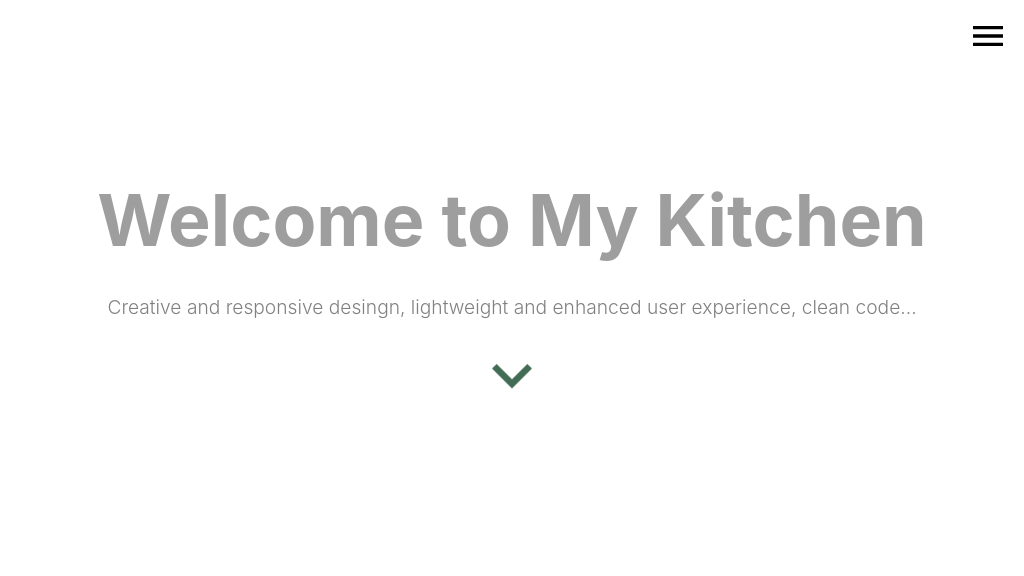
Repository: safak/safak.github.io
Page: /
The author's editor kept a copy of each file at every save. The page is drawn from the files as they stood at one save, then again after the next save.
The browser window is 1280 px wide. The pictures show the whole page, at 80% of full size.
Pictures or frames that could not be fetched are drawn as grey boxes. Backgrounds fixed to the window are drawn as part of the page. The project was rebuilt for these pictures with package versions that can differ from the ones it lists, and the page was loaded fresh each time. Also part of the build but not shown: src/App.css.

Above is the page before, as saved 2020-08-28 04:09:10.

After the next save:
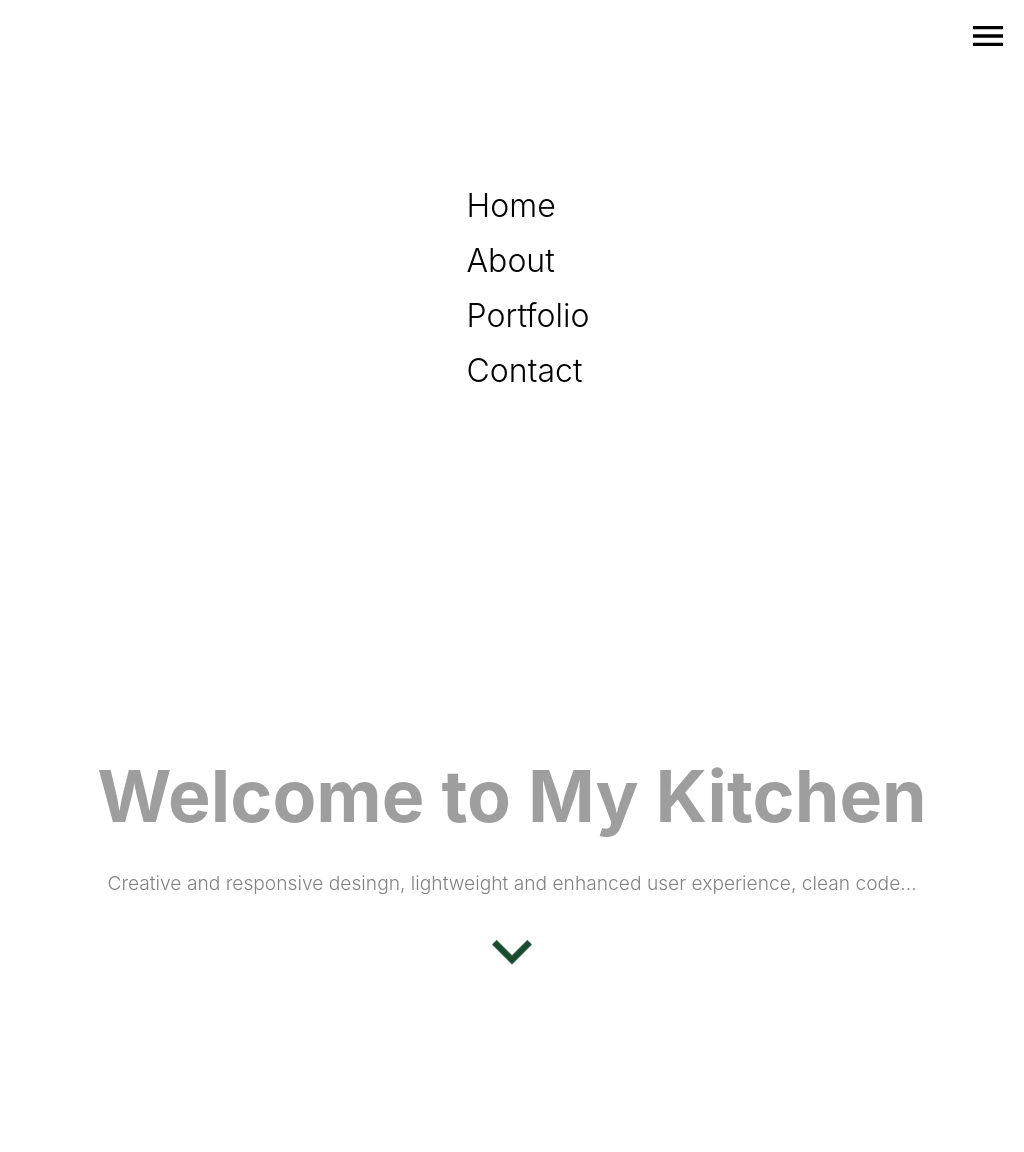
Saved 24 s later.
--- a/src/App.js
+++ b/src/App.js
@@ -1,13 +1,15 @@
-import React from "react";
+import React, { useState } from "react";
 import "./App.css";
 import Introduction from "./components/introduction/Introduction";
 import Header from "./components/header/Header";
 import Menu from "./components/menu/Menu";
 
 function App() {
+  const [toggle, setToggle] = useState(false);
   return (
     <div className="app">
-      <Header />
+      <Header setToggle={setToggle}/>
+      <Menu toggle={toggle} />
       <Introduction />
     </div>
   );

After the 4 saves that followed:
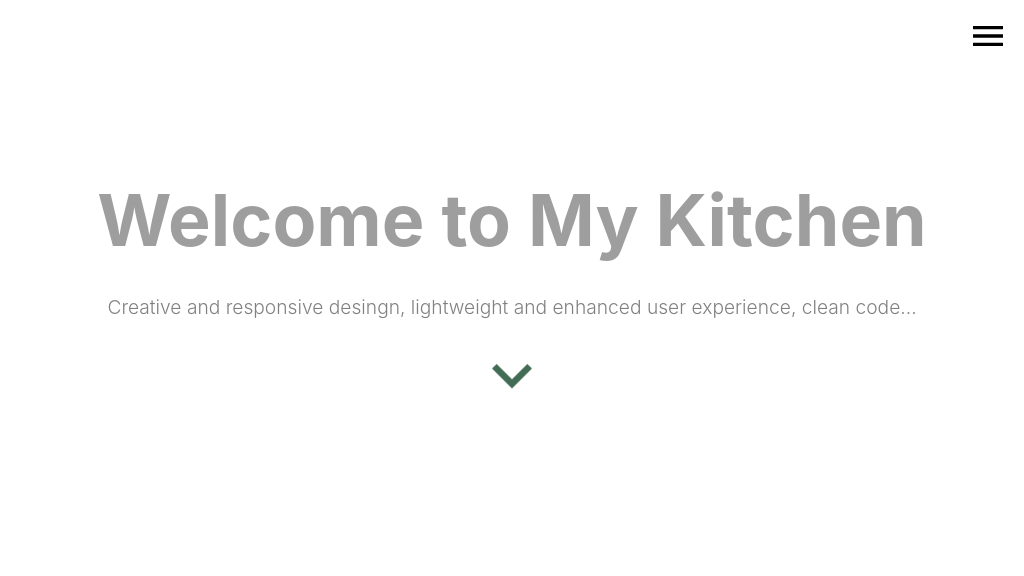
The 4 saves are shown as one change because 3 left the picture as it was.
The last was saved 73 s later.
--- a/src/App.js
+++ b/src/App.js
@@ -8,7 +8,7 @@
   const [toggle, setToggle] = useState(false);
   return (
     <div className="app">
-      <Header setToggle={setToggle}/>
+      <Header toggle={toggle} setToggle={setToggle}/>
       <Menu toggle={toggle} />
       <Introduction />
     </div>
--- a/src/components/header/Header.js
+++ b/src/components/header/Header.js
@@ -2,10 +2,10 @@ import React from "react";
 import "./Header.css";
 import { Menu } from "@material-ui/icons";
 
-const Header = () => {
+const Header = ({toggle, setToggle}) => {
   return (
     <div className="header">
-      <Menu />
+      <Menu onClick={()=>setToggle(!toggle)}/>
     </div>
   );
 };
--- a/src/components/menu/Menu.js
+++ b/src/components/menu/Menu.js
@@ -4,7 +4,7 @@ import "./Menu.css";
 const Menu = ({toggle}) => {
 
   return (
-    <div className={toggle ? "deactive" : "menu"}>
+    <div className={!toggle ? "deactive" : "menu"}>
       <ul className="menuList">
         <li className="menuListItem">Home</li>
         <li className="menuListItem">About</li>
